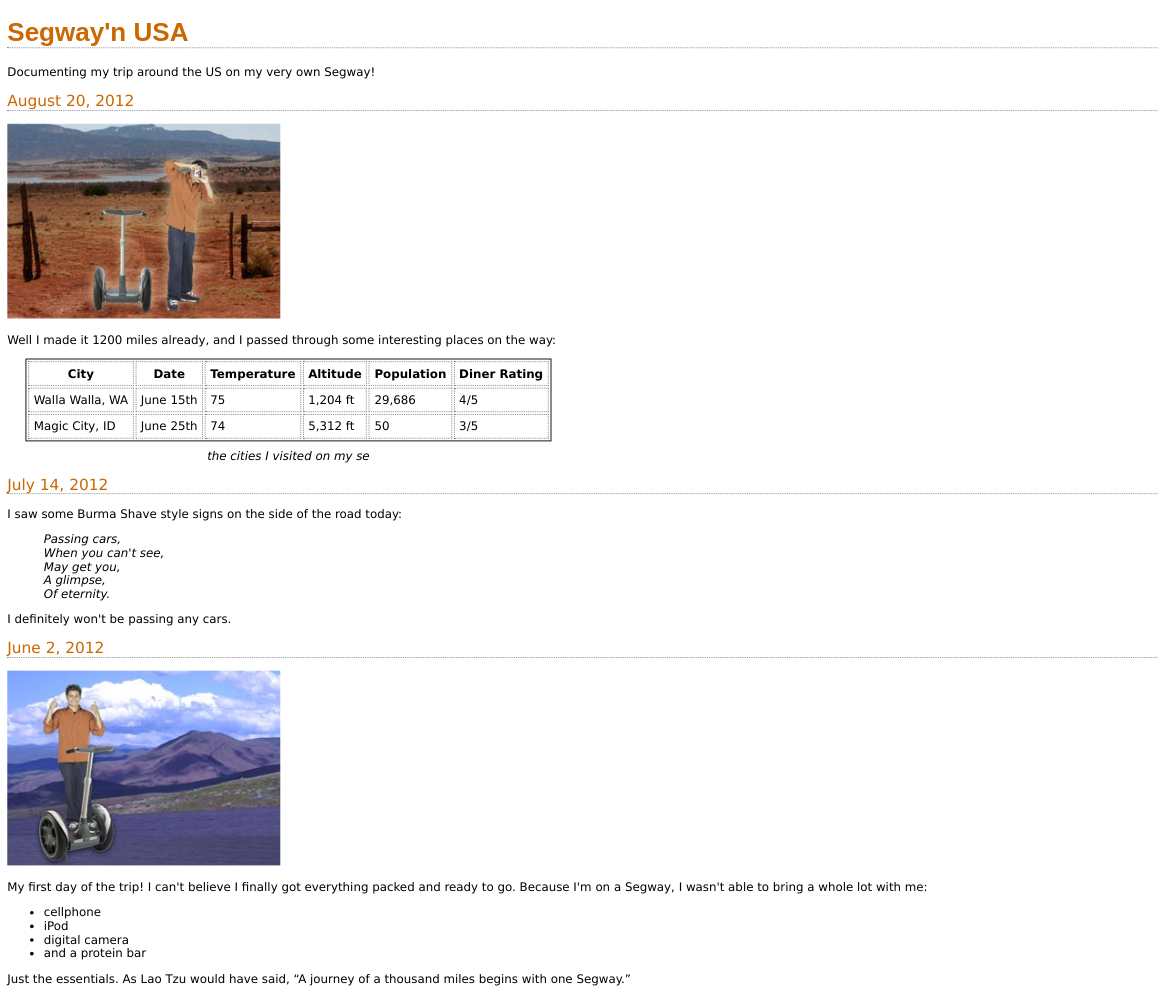
Repository: Dearning/head-first-html-css
Page: chapter13/journal/journal.html
The author's editor kept a copy of each file at every save. The page is drawn from the files as they stood at one save, then again after the next save.
The browser window is 1280 px wide. The pictures show the whole page, at 91% of full size.
Some web fonts or font styles are not loaded; a fallback is used.

Above is the page before, as saved 2021-09-29 11:52:16.

### chapter13/journal/journal.html
<!DOCTYPE html>
<html>
  <head>
    <meta charset="utf-8">
    <title>My Trip Around the USA on a Segway</title>
    <link type="text/css" rel="stylesheet" href="journal.css">
  </head>
  <body>

    <h1>Segway'n USA</h1>
    <p>
      Documenting my trip around the US on my very own Segway!
    </p>

    <h2>August 20, 2012</h2>
    <p><img src="images/segway2.jpg" alt="Me any my Segway in New Mexico"></p>
    <p>
      Well I made it 1200 miles already, and I passed
      through some interesting places on the way:
    </p>
    <table>
      <caption>
        the cities I visited on my se
      </caption>
      <tr>
        <th>City</th>
        <th>Date</thshengdu >
        <th>Temperature</th>
        <th>Altitude</th>
        <th>Population</th>
        <th>Diner Rating</th>
      </tr>
      <tr>
        <td>Walla Walla, WA</td>
        <td>June 15th</td>
        <td>75</td>
        <td>1,204 ft</td>
        <td>29,686</td>
        <td>4/5</td>
      </tr>
      <tr>
        <td>Magic City, ID</td>
        <td>June 25th</td>
        <td>74</td>
        <td>5,312 ft</td>
        <td>50</td>
        <td>3/5</td>
      </tr>
    </table>

    <h2>July 14, 2012</h2>
    <p>
      I saw some Burma Shave style signs on the side of the
      road today:
    </p>
    <blockquote>
      <p>
      Passing cars, <br>
      When you can't see, <br>
      May get you, <br>
      A glimpse, <br>
      Of eternity. <br>
      </p>
    </blockquote>
    <p>
      I definitely won't be passing any cars.
    </p>

    <h2>June 2, 2012</h2>
    <p><img src="images/segway1.jpg" alt="The first day of the trip"></p>
    <p>
      My first day of the trip!  I can't believe I finally got
      everything packed and ready to go.  Because I'm on a Segway,
      I wasn't able to bring a whole lot with me:
    </p>
    <ul>
      <li>cellphone</li>
      <li>iPod</li>
      <li>digital camera</li>
      <li>and a protein bar</li>
    </ul>
    <p>
       Just the essentials.  As
      Lao Tzu would have said, <q>A journey of a
      thousand miles begins with one Segway.</q>
    </p>
<!--
	<p>
	  To do list:
	</p>
	<ul>
	  <li>Charge Segway</li>
	  <li>Pack for trip
		<ul>
		<li>cellphone</li>
		<li>iPod</li>
		<li>digital camera</li>
		<li>a protein bar</li>
		</ul>
	  </li>
	</ul>
-->
  </body>
</html>

### chapter13/journal/journal.css
@font-face {
	font-family: "Emblema One";
	src: url("http://wickedlysmart.com/hfhtmlcss/chapter8/journal/EmblemaOne-Regular.woff"),
	     url("http://wickedlysmart.com/hfhtmlcss/chapter8/journal/EmblemaOne-Regular.ttf");
}
body {
  font-family:     Verdana, Geneva, Arial, sans-serif;
  font-size:       small;
}
h1, h2 {
  color:           #cc6600;
  border-bottom:   thin dotted #888888;
}
h1 {
  font-family:     "Emblema One", sans-serif;
  font-size:       220%;
}
h2 {
  font-size:       130%;
  font-weight:     normal;
}
blockquote {
  font-style:      italic;
}
table{
  margin-left: 20px;
  margin-right: 20px;
  border: thin solid black;
  caption-side: bottom;
}
td, th{
  border: thin dotted gray;
  padding: 5px;
}
caption{
  font-style: italic;
  padding-top: 8px;
}

After the next save:
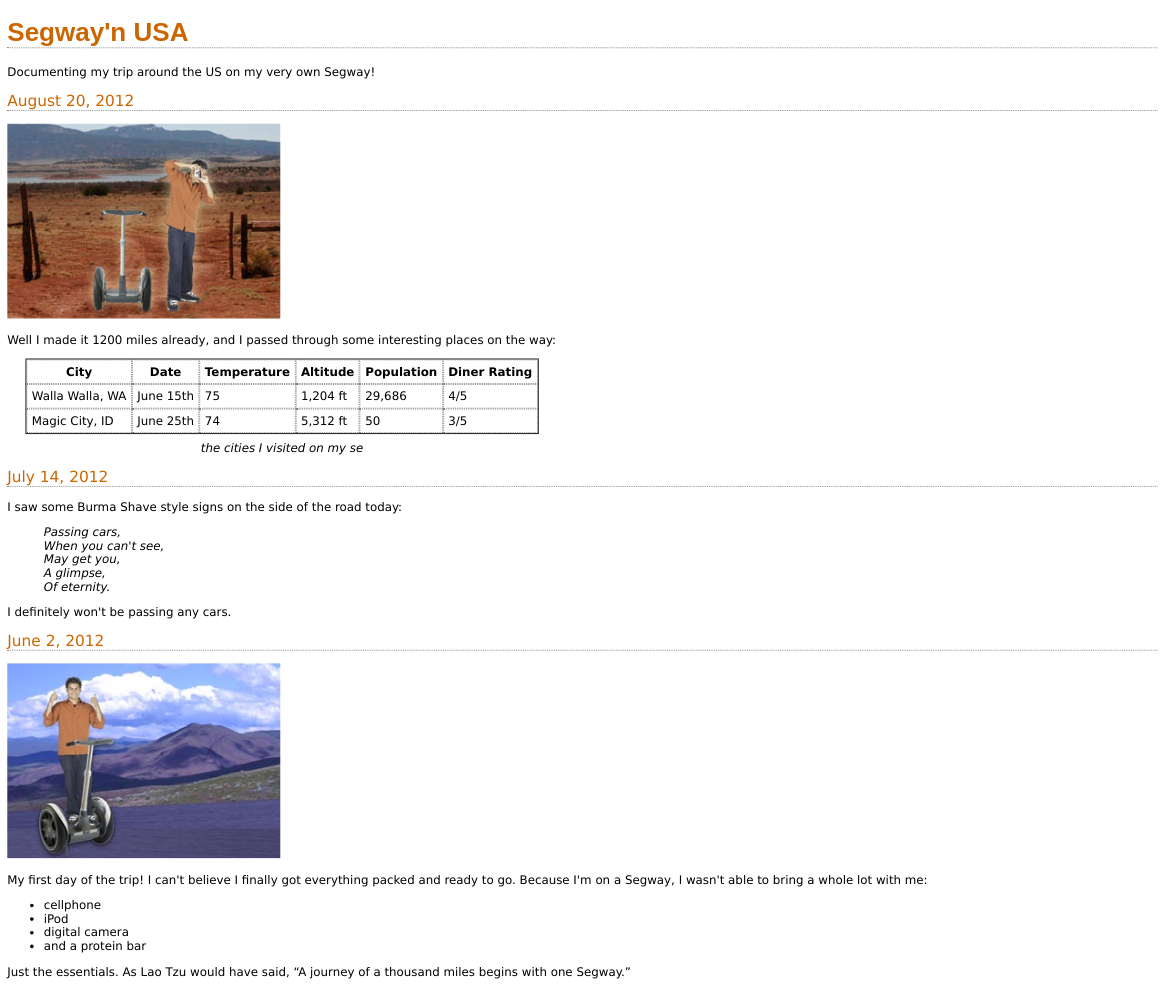
Saved 104 s later.
--- a/chapter13/journal/journal.css
+++ b/chapter13/journal/journal.css
@@ -27,6 +27,7 @@
   margin-right: 20px;
   border: thin solid black;
   caption-side: bottom;
+  border-spacing: 0px;
 }
 td, th{
   border: thin dotted gray;
